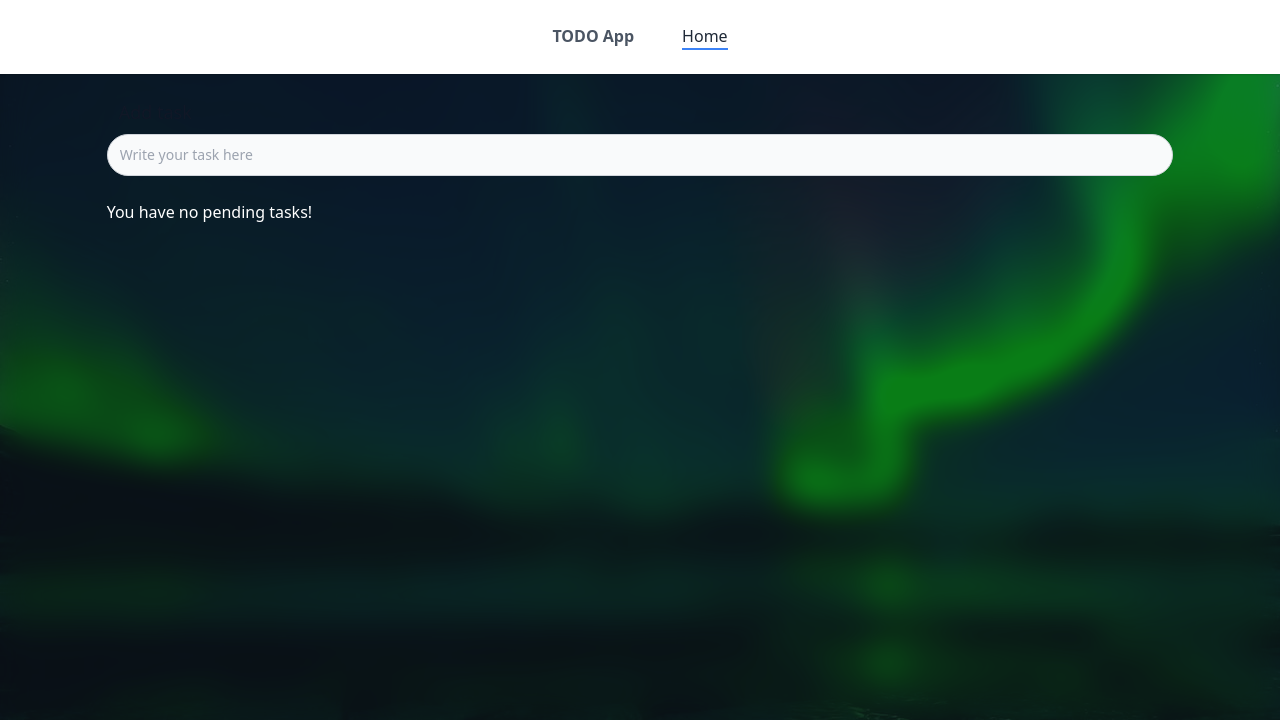
Repository: mikelCabezas/angular-exercices
Page: / (app in TODO/)
These files come from the project's save history. The page is drawn as it stood at one moment and after the next save; the edit follows.
The browser window is 1280 px wide. The pictures show the whole page.
The project was rebuilt for these pictures with package versions that can differ from the ones it lists, and the page was loaded fresh each time. Also part of the build but not shown: TODO/angular.json.

Above is the page before, as saved 2023-09-14 23:29:56.

### TODO/src/index.html
<!doctype html>
<html lang="en">
    <head>
        <meta charset="utf-8">
        <title>TODO</title>
        <base href="/">
        <meta name="viewport" content="width=device-width, initial-scale=1">
        <link rel="icon" type="image/x-icon" href="favicon.ico">
        <link rel="stylesheet" href="https://fonts.googleapis.com/css2?family=Material+Symbols+Rounded:opsz,wght,FILL,GRAD@20..48,100..700,0..1,-50..200">
    </head>
    <body>
        <app-root></app-root>
    </body>
</html>

### TODO/src/styles.css
@tailwind base;
@tailwind components;
@tailwind utilities;

body {
    background-image: url('./assets/boreal-sky.jpeg');
}

### TODO/src/app/app.module.ts
import { NgModule } from '@angular/core';
import { BrowserModule } from '@angular/platform-browser';
import { FormsModule } from '@angular/forms';

import { AppComponent } from './app.component';
import { NavbarComponent } from './components/navbar/navbar.component';
import { TasksComponent } from './components/tasks/tasks.component';

@NgModule({
  declarations: [
    AppComponent,
    NavbarComponent,
    TasksComponent
  ],
  imports: [
    BrowserModule,
    FormsModule
  ],
  providers: [],
  bootstrap: [AppComponent]
})
export class AppModule { }

### TODO/src/app/app.component.ts
import { Component } from '@angular/core';

@Component({
  selector: 'app-root',
  templateUrl: './app.component.html',
  styleUrls: ['./app.component.css']
})
export class AppComponent {
  title = 'TODO';
}

### TODO/src/app/components/tasks/tasks.component.ts
import { Component, OnInit } from '@angular/core';
import { Task } from 'src/app/models/Task';

@Component({
  selector: 'app-tasks',
  templateUrl: './tasks.component.html',
  styleUrls: ['./tasks.component.css']
})
export class TasksComponent implements OnInit {

  tasksList: Task[] = []
  taskName = ''

  constructor() { }

  ngOnInit(): void {

  }

  addTask() {
    const task: Task = {
      name: this.taskName,
      status: false
    }

    this.tasksList.push(task)
    this.taskName = ''
  }

  deleteTask(index: number): void {
    this.tasksList.splice(index, 1)
  }

  updateTask(task: Task, index: number) {
    this.tasksList[index].status = !task.status
  }
}

### TODO/src/app/app.component.html
<div class="root min-w-screen min-h-screen bg-gray-900Z bg-[#11192890] backdrop-saturate-200 backdrop-blur-lg">
    <app-navbar/>
    <app-tasks/>
</div>

### TODO/src/app/components/navbar/navbar.component.html
<nav class="bg-white shadow dark:bg-gray-800">
    <div class="container flex items-center justify-center p-6 mx-auto text-gray-600 capitalize dark:text-gray-300">
        <a href="#" class="border-b-2 border-transparent hover:text-gray-800 dark:hover:text-gray-200 hover:border-blue-500 mx-1.5 sm:mx-6 font-bold">
            TODO App
        </a>
        <a href="#" class="text-gray-800 dark:text-gray-200 border-b-2 border-blue-500 mx-1.5 sm:mx-6">home</a>
        <!-- <a href="#" class="border-b-2 border-transparent hover:text-gray-800 dark:hover:text-gray-200 hover:border-blue-500 mx-1.5 sm:mx-6">features</a>
        <a href="#" class="border-b-2 border-transparent hover:text-gray-800 dark:hover:text-gray-200 hover:border-blue-500 mx-1.5 sm:mx-6">pricing</a>
        <a href="#" class="border-b-2 border-transparent hover:text-gray-800 dark:hover:text-gray-200 hover:border-blue-500 mx-1.5 sm:mx-6">blog</a> -->
    </div>
</nav>

### TODO/src/app/components/tasks/tasks.component.html
<div class="container flex justify-center w-full mx-auto">
    <div class="row w-full">
        <div class="form w-10/12 mx-auto mt-6">
            <label for="first_name" class="block mb-2 text-lg pl-3 font-medium text-gray-900 dark:text-white">Add task</label>
            <input
                [(ngModel)]="taskName"
                (keyup.enter)="addTask()"
                type="text"
                id="first_name"
                class="bg-gray-50 border border-gray-300 text-gray-900 text-sm rounded-full focus:ring-blue-500 focus:border-blue-500 block w-full px-3 py-2.5 dark:bg-gray-700 dark:border-gray-600 dark:placeholder-gray-400 dark:text-white dark:focus:ring-blue-500 dark:focus:border-blue-500"
                placeholder="Write your task here"
                required
            >
        </div>
        <div *ngIf="tasksList.length === 0" class="form w-10/12 mx-auto mt-6">
            <h3 class="text-white">You have no pending tasks!</h3>
        </div>

<div *ngIf="tasksList.length > 0" class="tasks-list w-10/12 mx-auto mt-6">
    <div class="w-full text-sm font-medium text-gray-900 bg-white border border-gray-200 rounded-lg dark:bg-gray-700 dark:border-gray-600 dark:text-white">
        <p *ngFor="let task of tasksList; let i = index" class="flex align-middle items-center w-full px-4 py-2 text-white bg-blue-700 border-b border-gray-200 rounded-t-lg text-lg dark:bg-gray-800 dark:border-gray-600">
            <span [class.text-teal-600]="task.status" class="material-symbols-rounded mr-3 cursor-pointer" (click)="updateTask(task, i)"> {{task.status ? 'check_box' : 'check_box_outline_blank'}} </span>
            <span>{{ task.name }} </span>
            <span class="material-symbols-rounded ml-auto cursor-pointer" (click)="deleteTask(i)">delete</span>
        </p>
    </div>
</div>

    </div>
</div>

Loaded but not shown: TODO/src/main.ts (common file); TODO/src/app/components/navbar/navbar.component.ts (common file); TODO/tailwind.config.js (common file); TODO/src/app/app.component.css (no stored copy; drawn as an empty file); TODO/src/app/components/navbar/navbar.component.css (no stored copy; drawn as an empty file); TODO/src/app/components/tasks/tasks.component.css (no stored copy; drawn as an empty file)

After the next save:
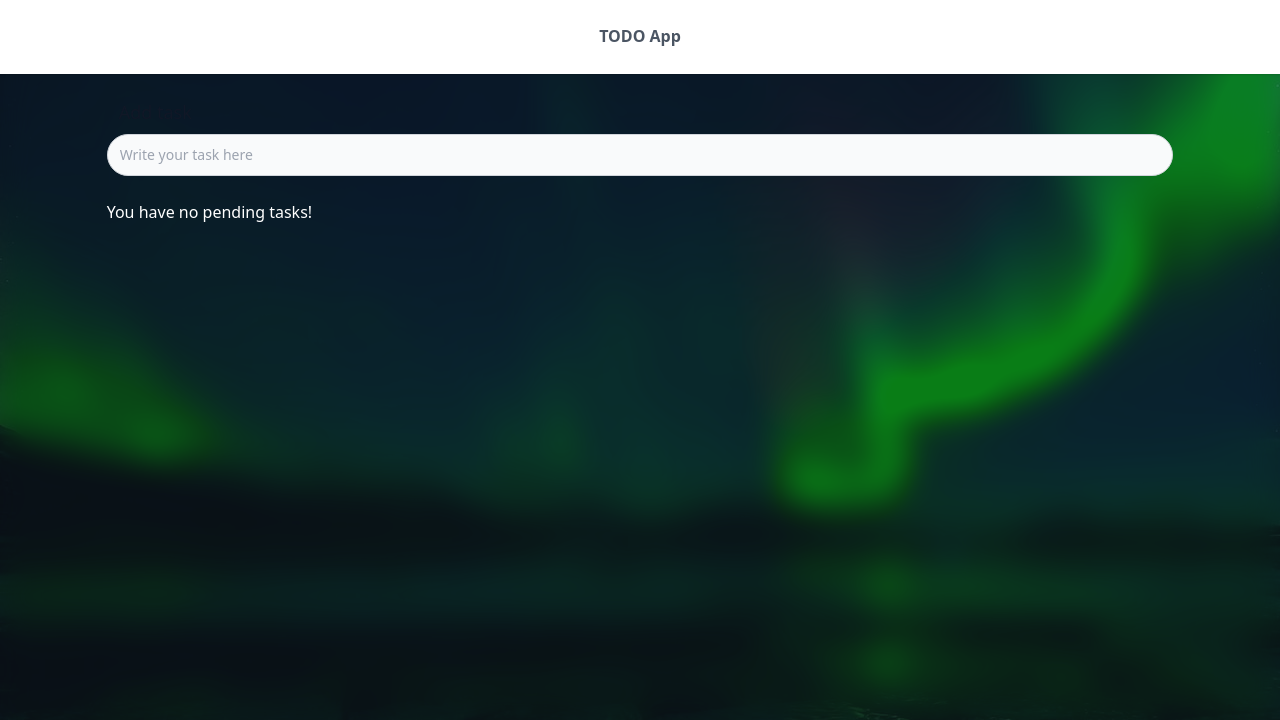
Saved 9 s later.
--- a/TODO/src/app/components/navbar/navbar.component.html
+++ b/TODO/src/app/components/navbar/navbar.component.html
@@ -3,9 +3,5 @@
         <a href="#" class="border-b-2 border-transparent hover:text-gray-800 dark:hover:text-gray-200 hover:border-blue-500 mx-1.5 sm:mx-6 font-bold">
             TODO App
         </a>
-        <a href="#" class="text-gray-800 dark:text-gray-200 border-b-2 border-blue-500 mx-1.5 sm:mx-6">home</a>
-        <!-- <a href="#" class="border-b-2 border-transparent hover:text-gray-800 dark:hover:text-gray-200 hover:border-blue-500 mx-1.5 sm:mx-6">features</a>
-        <a href="#" class="border-b-2 border-transparent hover:text-gray-800 dark:hover:text-gray-200 hover:border-blue-500 mx-1.5 sm:mx-6">pricing</a>
-        <a href="#" class="border-b-2 border-transparent hover:text-gray-800 dark:hover:text-gray-200 hover:border-blue-500 mx-1.5 sm:mx-6">blog</a> -->
     </div>
 </nav>
